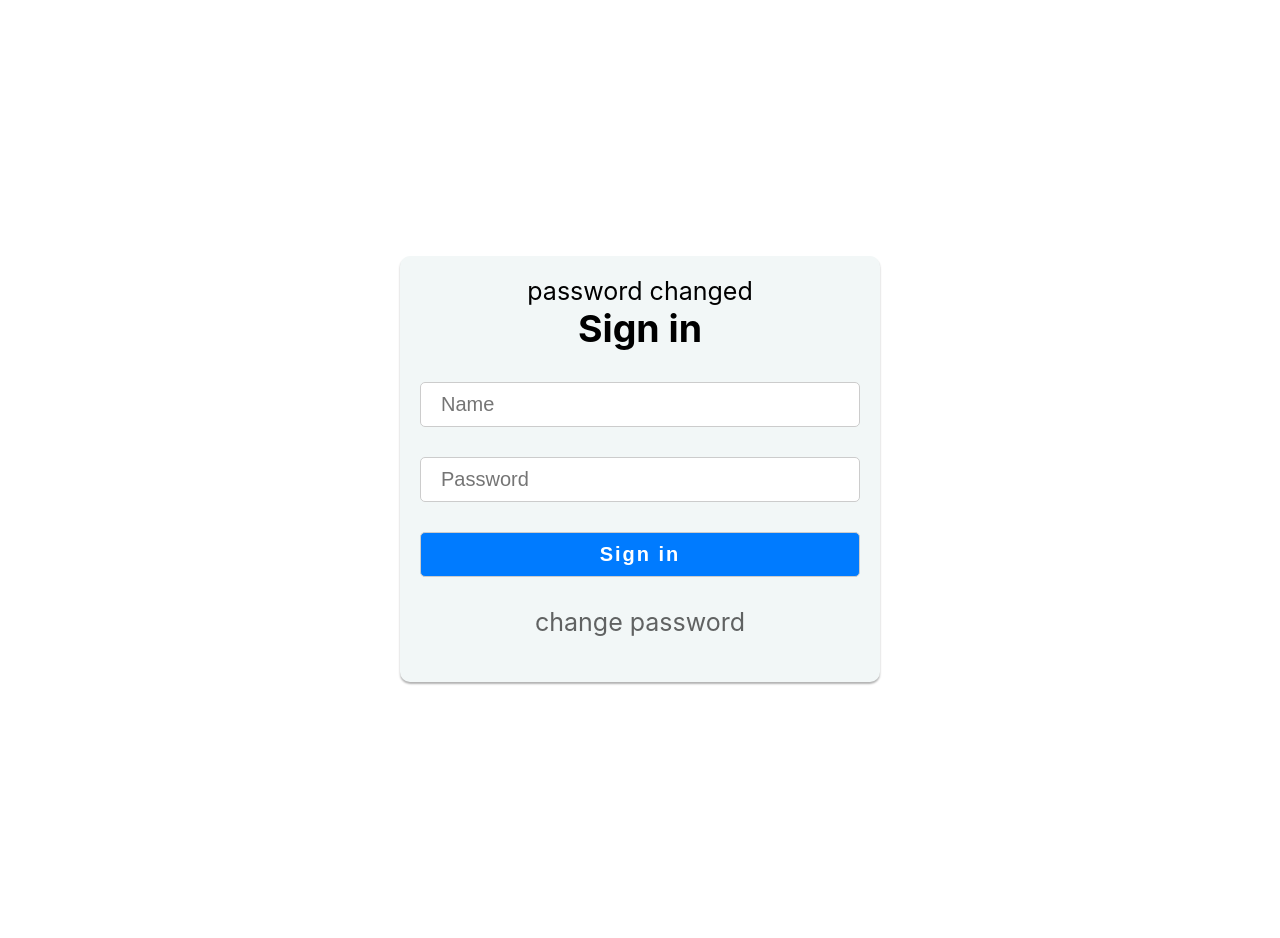
Repository: superHotBob/admin_nftillion
Page: /
The author's editor kept a copy of each file at every save. The page is drawn from the files as they stood at one save, then again after the next save.
The browser window is 1280 px wide. The pictures show the whole page.
The project was rebuilt for these pictures with package versions that can differ from the ones it lists, and the page was loaded fresh each time. Also part of the build but not shown: src/components/NavPanel/styles.scss, src/components/NavPanel/index.js, src/components/Users/index.js, src/components/Collections/index.js, src/components/Preminted/styles.scss, src/components/Preminted/index.js, src/components/CreateCollection/styles.scss, src/components/CreateCollection/index.js.

Above is the page before, as saved 2022-04-27 09:35:44.

After the next save:
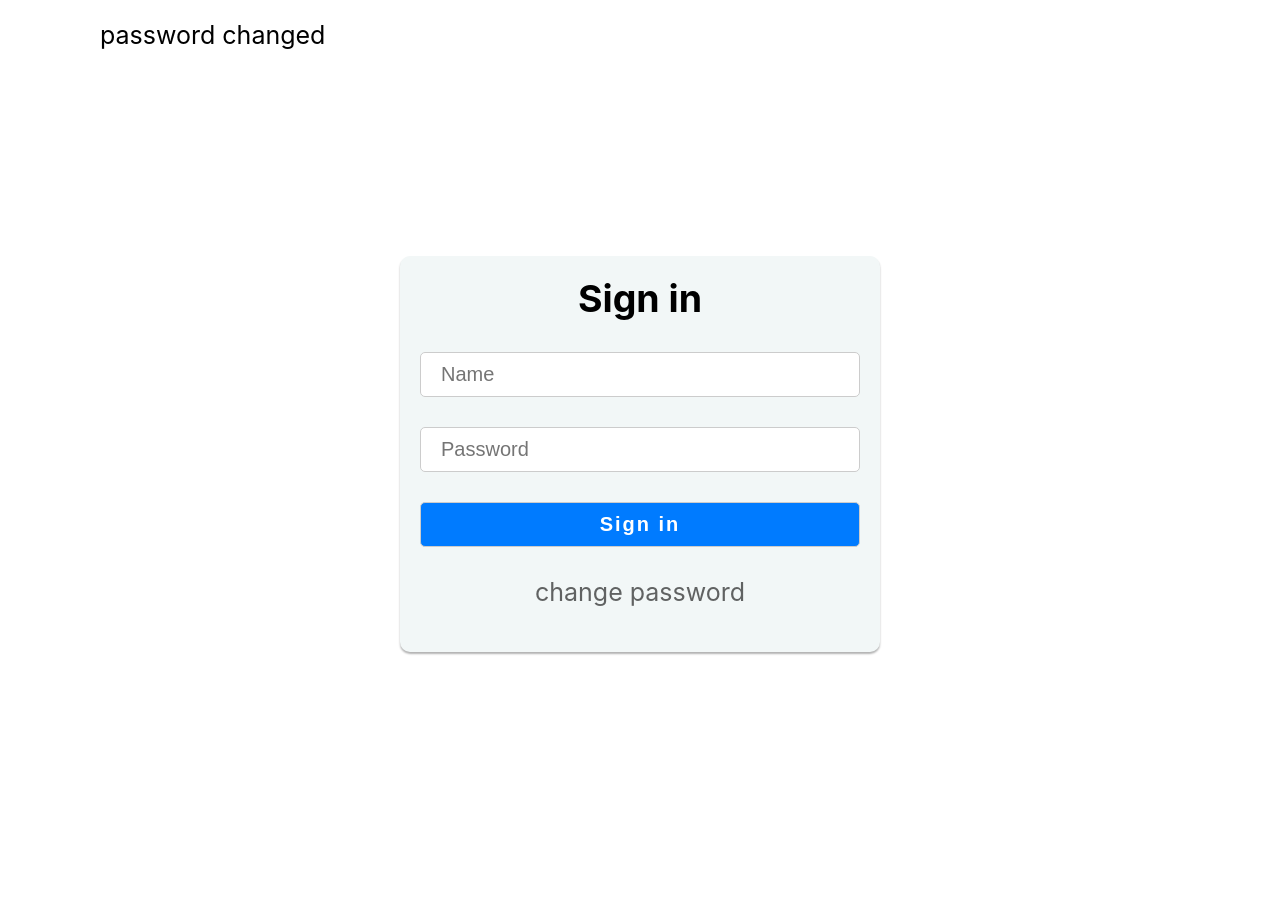
Saved 75 s later.
--- a/src/components/Login/styles.scss
+++ b/src/components/Login/styles.scss
@@ -47,6 +47,11 @@ $transition: all 0.25s ease-in-out;
   p:hover {
    opacity: 1;
   }
+  .change_password {
+    position: absolute;
+    top: 20px;
+    left: 100px;
+  }
   @mixin mybutton($color_1, $color_2) {
     border: 2px solid $color_1;
     letter-spacing: 2px;
